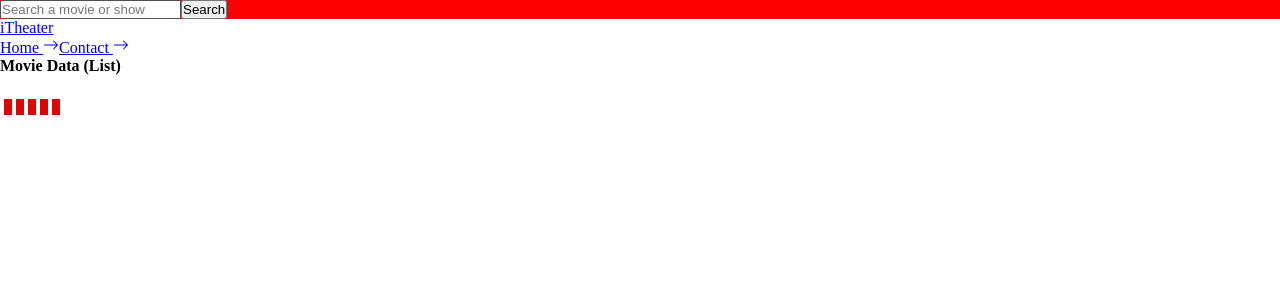
Repository: just-mann/itheater
Page: /
These files come from the project's save history. The page is drawn as it stood at one moment and after the next save; the edit follows.
The browser window is 1280 px wide. The pictures show the whole page.
The page's requests for data from a server got no answer. Some web fonts or font styles are not loaded; a fallback is used. The project was rebuilt for these pictures with package versions that can differ from the ones it lists, and the page was loaded fresh each time. No one was signed in, and anything a server would have sent is missing. Also part of the build but not shown: src/components/Contact.js, src/components/MovieDetail.js.

Above is the page before, as saved 2021-07-17 05:23:20.

After the next save:
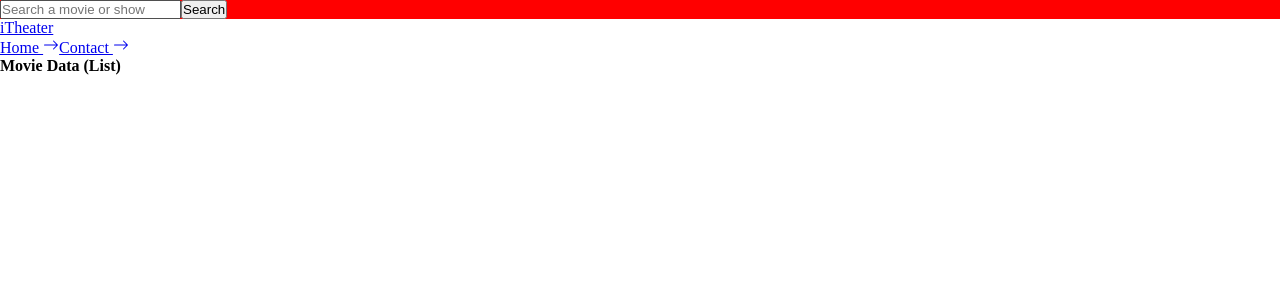
Saved 46 s later.
--- a/src/components/ShowList.js
+++ b/src/components/ShowList.js
@@ -20,7 +20,7 @@ const ShowList = () => {
                     <h4>Movie Data (List)</h4>
                     <div>
                         {isPending && <div>
-                            <ReactLoading type={'bars'} color={'#E10202'} />
+                            <ReactLoading className="loading" type={'bars'} color={'#fff'} />
                         </div>}
                         {data.map(myData => {
                             return(
